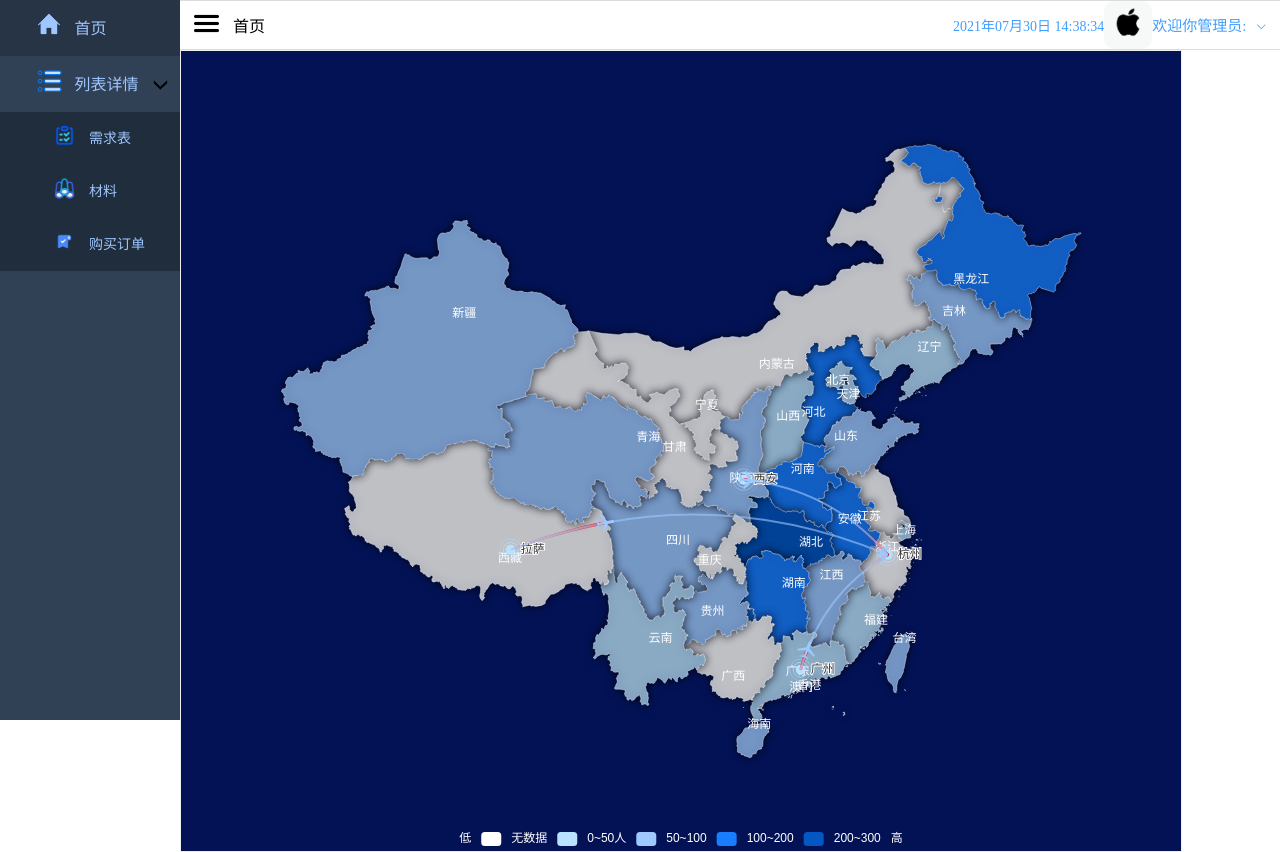
Repository: 572031690/fwwb-proj
Page: /#/home
The author's editor kept a copy of each file at every save. The page is drawn from the files as they stood at one save, then again after the next save.
The browser window is 1280 px wide. The pictures show the whole page.
The project was rebuilt for these pictures with package versions that can differ from the ones it lists, and the page was loaded fresh each time. Also part of the build but not shown: vue.config.js, src/unusercom/EditData.vue, src/components/Adddata.vue, src/view/home/User.vue, src/components/Drawer.vue, src/view/home/Body.vue, src/view/home/Item.vue, src/view/home/Buy.vue and 3 more.

Above is the page before, as saved 2021-08-13 12:47:08.

After the next save:
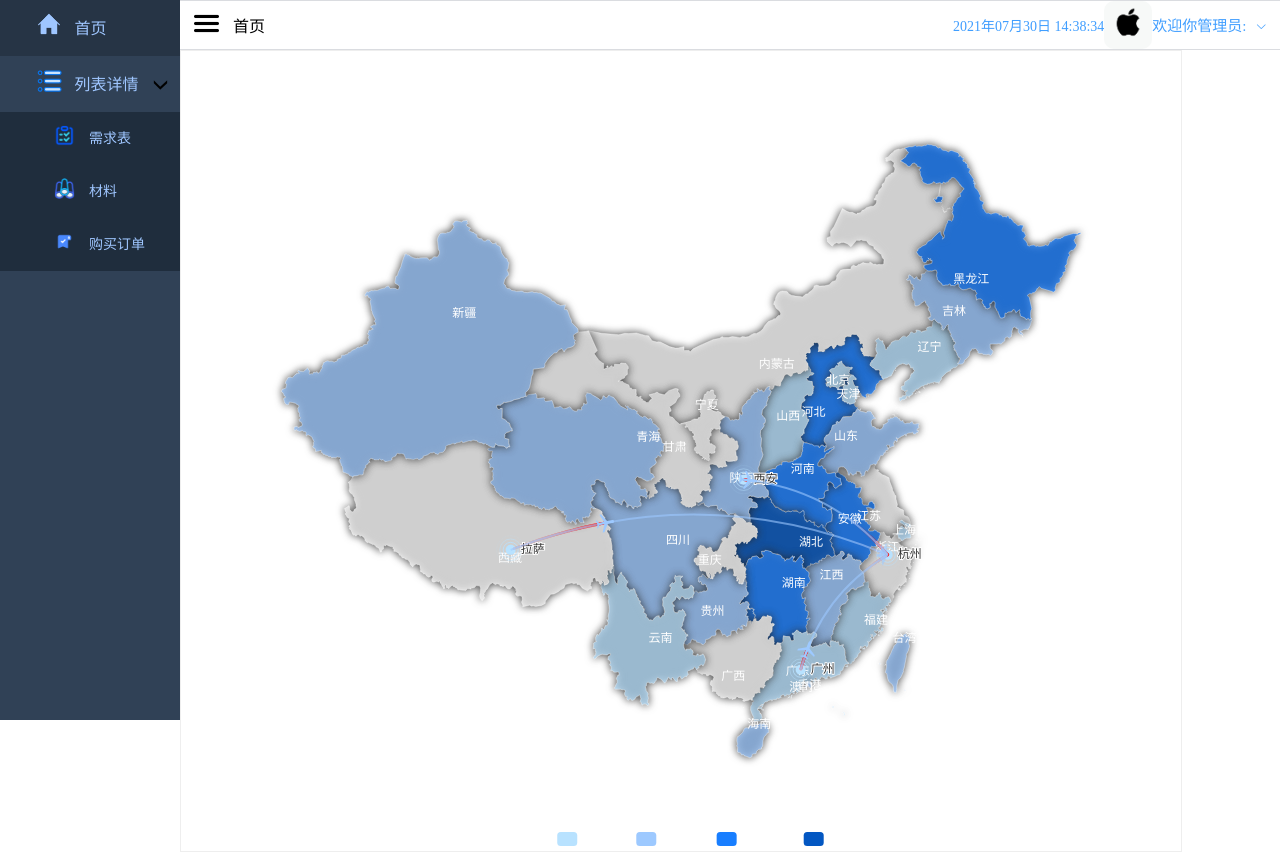
Saved 26 s later.
--- a/src/view/home/HomeWel.vue
+++ b/src/view/home/HomeWel.vue
@@ -5,7 +5,7 @@
         </div> -->
     <div
       ref="map_ref"
-      style="width: 1000px;height:800px;background-color:#031255;border: 1px solid #eee;"
+      style="width: 1000px;height:800px;background-color:white;border: 1px solid #eee;"
     ></div>
   </div>
 </template>
